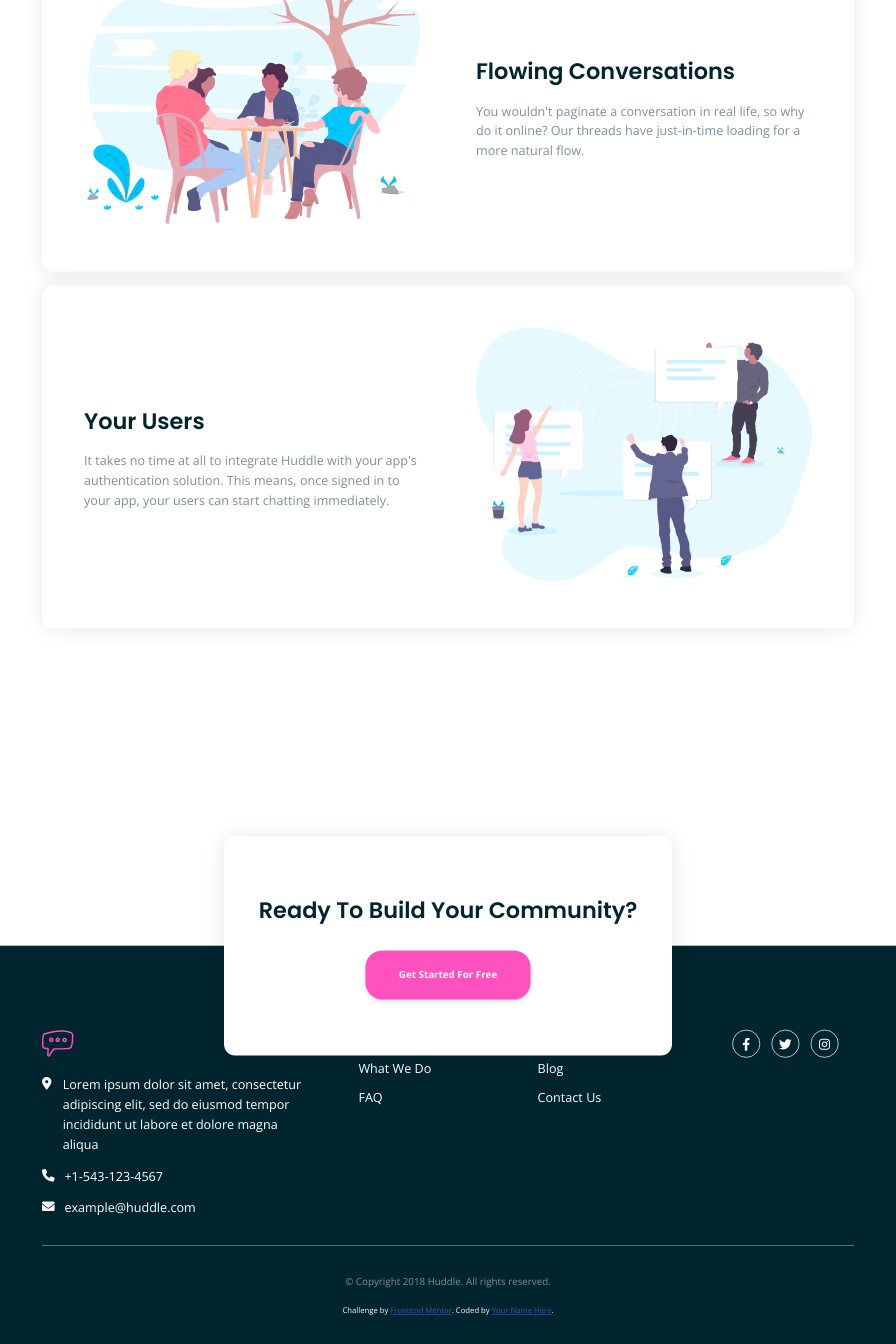
Repository: blordeus/huddle-landing-page
Page: index.html
The author's editor kept a copy of each file at every save. The page is drawn from the files as they stood at one save, then again after the next save.
The browser window is 1280 px wide. The pictures show the part of the page from y = 1430 to 3350 px (the page is 3350 px tall before and 3342 px after), at 70% of full size.

Above is the page before, as saved 2025-07-01 11:15:12.

### index.html
<!DOCTYPE html>
<html lang="en">
<head>
  <meta charset="UTF-8">
  <meta name="viewport" content="width=device-width, initial-scale=1.0">
  <link rel="icon" type="image/png" sizes="32x32" href="./images/favicon-32x32.png">
  <title>Frontend Mentor | Huddle landing page with alternating feature blocks</title>

  <!-- Google Fonts -->
  <link rel="preconnect" href="https://fonts.googleapis.com">
  <link rel="preconnect" href="https://fonts.gstatic.com" crossorigin>
  <link href="https://fonts.googleapis.com/css2?family=Poppins:wght@600&family=Open+Sans:wght@400;700&display=swap" rel="stylesheet">
  <link rel="stylesheet" type="text/css" href="styles.css" />

  <!-- Font Awesome for social icons -->
  <link rel="stylesheet" href="https://cdnjs.cloudflare.com/ajax/libs/font-awesome/6.0.0/css/all.min.css">
</head>

<body>
  <!-- Header -->
  <header class="header">
    <div class="container">
      <div class="header-content">
        <img src="./images/logo.svg" alt="Logo">
        <a href="#" class="btn btn-outline">Try It Free</a>
      </div>
    </div>
  </header>

  <!-- Hero Section -->
  <section class="hero">
    <div class="container">
      <div class="hero-content">
        <div class="hero-text">
          <h1>Build The Community Your Fans Will Love</h1>
          <p>Huddle re-imagines the way we build communities. You have a voice, but so does your audience. Create connections with your users as you engage in genuine discussion.</p>
          <a href="#" class="btn">Get Started For Free</a>
        </div>
        <div class="hero-image">
          <img src="./images/illustration-mockups.svg" alt="Desktop and mobile chat interface showing community conversations">
        </div>
      </div>
    </div>
  </section>

  <!-- Features Section -->
  <section class="features">
    <div class="container">
      <div class="feature">
        <div class="feature-content">
          <h2>Grow Together</h2>
          <p>Generate meaningful discussions with your audience and build a strong, loyal community. Think of the insightful conversations you miss out on with a feedback form.</p>
        </div>
        <div class="feature-image">
          <img src="./images/illustration-grow-together.svg" alt="Illustration of people having meaningful conversations and building community">
        </div>
      </div>

      <div class="feature">
        <div class="feature-content">
          <h2>Flowing Conversations</h2>
          <p>You wouldn't paginate a conversation in real life, so why do it online? Our threads have just-in-time loading for a more natural flow.</p>
        </div>
        <div class="feature-image">
          <img src="./images/illustration-flowing-conversation.svg" alt="Illustration of natural flowing conversation interface with seamless chat threads">
        </div>
      </div>

      <div class="feature">
        <div class="feature-content">
          <h2>Your Users</h2>
          <p>It takes no time at all to integrate Huddle with your app's authentication solution. This means, once signed in to your app, your users can start chatting immediately.</p>
        </div>
        <div class="feature-image">
          <img src="./images/illustration-your-users.svg" alt="Illustration showing easy user authentication and immediate chat access">
        </div>
      </div>
    </div>
  </section>

  <!-- Call to Action -->
  <section class="cta">
    <div class="container">
      <h2>Ready To Build Your Community?</h2>
      <a href="#" class="btn">Get Started For Free</a>
    </div>
  </section>

  <!-- Footer -->
  <footer class="footer">
    <div class="container">
      <div class="footer-content">
        <div class="footer-info">
          <a href="#" class="footer-logo">
            <img src="./images/logo.svg" alt="">
          </a>
          <div class="contact-info">
            <div class="contact-item">
              <i class="fas fa-map-marker-alt"></i>
              <p>Lorem ipsum dolor sit amet, consectetur adipiscing elit, sed do eiusmod tempor incididunt ut labore et dolore magna aliqua</p>
            </div>
            <div class="contact-item">
              <i class="fas fa-phone"></i>
              <p>+1-543-123-4567</p>
            </div>
            <div class="contact-item">
              <i class="fas fa-envelope"></i>
              <p>example@huddle.com</p>
            </div>
          </div>
        </div>

        <div class="footer-links">
          <a href="#">About Us</a>
          <a href="#">What We Do</a>
          <a href="#">FAQ</a>
        </div>

        <div class="footer-links">
          <a href="#">Career</a>
          <a href="#">Blog</a>
          <a href="#">Contact Us</a>
        </div>

        <div class="social-icons">
          <a href="#" class="social-icon" aria-label="Facebook">
            <i class="fab fa-facebook-f"></i>
          </a>
          <a href="#" class="social-icon" aria-label="Twitter">
            <i class="fab fa-twitter"></i>
          </a>
          <a href="#" class="social-icon" aria-label="Instagram">
            <i class="fab fa-instagram"></i>
          </a>
        </div>
      </div>

      <div class="copyright">
        <p>&copy; Copyright 2018 Huddle. All rights reserved.</p>
      </div>
    </div>

    <p class="attribution">
      Challenge by <a href="https://www.frontendmentor.io?ref=challenge" target="_blank">Frontend Mentor</a>.
      Coded by <a href="#">Your Name Here</a>.
    </p>
  </footer>
</body>
</html>

### styles.css
    * {
      margin: 0;
      padding: 0;
      box-sizing: border-box;
    }

    body {
      font-family: 'Open Sans', sans-serif;
      font-size: 18px;
      line-height: 1.6;
      color: hsl(192, 100%, 9%);
    }

    .container {
      max-width: 1200px;
      margin: 0 auto;
      padding: 0 20px;
    }

    /* Header */
    .header {
      background: hsl(193, 100%, 96%);
      padding: 24px 0;
    }

    .header-content {
      display: flex;
      justify-content: space-between;
      align-items: center;
    }

    .header-content img {
      height: 40px;
    }

    .btn {
      background: hsl(322, 100%, 66%);
      color: white;
      border: none;
      padding: 12px 48px;
      border-radius: 24px;
      font-family: 'Open Sans', sans-serif;
      font-weight: 700;
      font-size: 14px;
      cursor: pointer;
      text-decoration: none;
      display: inline-block;
      transition: opacity 0.3s ease;
      box-shadow: 0 4px 8px rgba(0, 0, 0, 0.1);
    }

    .btn:hover {
      opacity: 0.8;
    }

    .btn-outline {
      background: white;
      box-shadow: 0 4px 8px rgba(0, 0, 0, 0.1);
      color: #00252E;
    }

    .btn-outline:hover {
      color: #808E9A;
    }

    /* Hero Section */
    .hero {
      background: hsl(199, 100%, 96%);
      background-image: url('./images/bg-hero.svg');
      background-size: cover;
      background-position: center;
      padding: 80px 0 120px;
    }

    .hero-content {
      display: grid;
      grid-template-columns: 1fr 1fr;
      gap: 80px;
      align-items: center;
    }

    .hero-text h1 {
      font-family: 'Poppins', sans-serif;
      font-weight: 600;
      font-size: 48px;
      line-height: 1.2;
      margin-bottom: 24px;
      color: hsl(192, 100%, 9%);
    }

    .hero-text p {
      font-size: 18px;
      color: hsl(192, 100%, 9%);
      margin-bottom: 32px;
      line-height: 1.6;
    }

    .hero-image {
      text-align: center;
    }

    .hero-image img {
      max-width: 100%;
      height: auto;
    }

    /* Features Section */
    .features {
      padding: 120px 0;
    }

    .feature {
      display: grid;
      grid-template-columns: 1fr 1fr;
      gap: 80px;
      align-items: center;
      margin-bottom: 20px;
      background: white;
      padding: 60px;
      border-radius: 16px;
      box-shadow: 0 0 30px rgba(0, 0, 0, 0.1);
    }

    .feature:nth-child(even) .feature-content {
      order: 2;
    }

    .feature:nth-child(even) .feature-image {
      order: 1;
    }

    .feature h2 {
      font-family: 'Poppins', sans-serif;
      font-weight: 600;
      font-size: 32px;
      margin-bottom: 16px;
      color: hsl(192, 100%, 9%);
    }

    .feature p {
      color: hsl(208, 11%, 55%);
      line-height: 1.6;
    }

    .feature-image {
      text-align: center;
    }

    .feature-image img {
      max-width: 100%;
      height: auto;
    }

    /* Call to Action */
    .cta {
      text-align: center;
      padding: 80px 0;
      background: white;
      width: 50%;
      margin: 0 auto;
      box-sizing: border-box;
      border-radius: 16px;
      box-shadow: 0 0 30px rgba(0, 0, 0, 0.1);
      position: relative;
      z-index: 2;
      transform: translateY(50%);
    }

    .cta a {
      background: hsl(322, 100%, 66%);
      color: white;
      padding: 24px 48px;
      border-radius: 24px;
      font-family: 'Open Sans', sans-serif;
      font-weight: 700;
      font-size: 14px;
      cursor: pointer;
      text-decoration: none;
      display: inline-block;
      transition: opacity 0.3s ease;
    }

    .cta h2 {
      font-family: 'Poppins', sans-serif;
      font-weight: 600;
      font-size: 32px;
      margin-bottom: 32px;
      color: hsl(192, 100%, 9%);
    }

    /* Footer */
    .footer {
      background: hsl(192, 100%, 9%);
      color: white;
      padding: 120px 0 40px;
    }

    .footer-content {
      display: grid;
      grid-template-columns: 2fr 1fr 1fr 1fr;
      gap: 60px;
      margin-bottom: 40px;
    }

    .footer-logo {
      display: flex;
      align-items: center;
      gap: 8px;
      font-family: 'Poppins', sans-serif;
      font-weight: 600;
      font-size: 24px;
      color: white;
      text-decoration: none;
      margin-bottom: 24px;
    }

    .footer-logo .logo-icon {
      background: white;
      color: hsl(322, 100%, 66%);
    }

    .contact-info {
      display: flex;
      flex-direction: column;
      gap: 16px;
    }

    .contact-item {
      display: flex;
      align-items: flex-start;
      gap: 16px;
    }

    .contact-item i {
      margin-top: 4px;
      width: 16px;
    }

    .footer-links {
      display: flex;
      flex-direction: column;
      gap: 12px;
    }

    .footer-links a {
      color: white;
      text-decoration: none;
      transition: color 0.3s ease;
    }

    .footer-links a:hover {
      color: hsl(322, 100%, 66%);
    }

    .social-icons {
      display: flex;
      gap: 16px;
      justify-content: center;
    }

    .social-icon {
      width: 40px;
      height: 40px;
      border: 1px solid white;
      border-radius: 50%;
      display: flex;
      align-items: center;
      justify-content: center;
      color: white;
      text-decoration: none;
      transition: all 0.3s ease;
    }

    .social-icon:hover {
      color: hsl(322, 100%, 66%);
      border-color: hsl(322, 100%, 66%);
    }

    .copyright {
      text-align: center;
      font-size: 14px;
      color: hsl(208, 11%, 55%);
      padding-top: 40px;
      border-top: 1px solid hsl(208, 11%, 55%);
    }

    .attribution {
      font-size: 11px;
      text-align: center;
      margin-top: 20px;
    }

    .attribution a {
      color: hsl(228, 45%, 44%);
    }

    /* Responsive Design */
    @media (max-width: 768px) {
      .container {
        padding: 0 16px;
      }

      .hero {
        background-image: url('./images/bg-hero.svg');
      }

      .header-content {
        flex-direction: column;
        gap: 20px;
      }

      .hero-content {
        grid-template-columns: 1fr;
        gap: 40px;
        text-align: center;
      }

      .hero-text h1 {
        font-size: 32px;
      }

      .feature {
        grid-template-columns: 1fr;
        gap: 40px;
        padding: 40px 20px;
        text-align: center;
      }

      .feature:nth-child(even) .feature-content,
      .feature:nth-child(even) .feature-image {
        order: unset;
      }

      .footer-content {
        grid-template-columns: 1fr;
        gap: 40px;
        text-align: center;
      }

      .social-icons {
        justify-content: center;
      }

      .cta {
        margin: 0 16px;
        padding: 40px 20px;
      }

      .cta h2 {
        font-size: 24px;
      }
    }

After the next save:
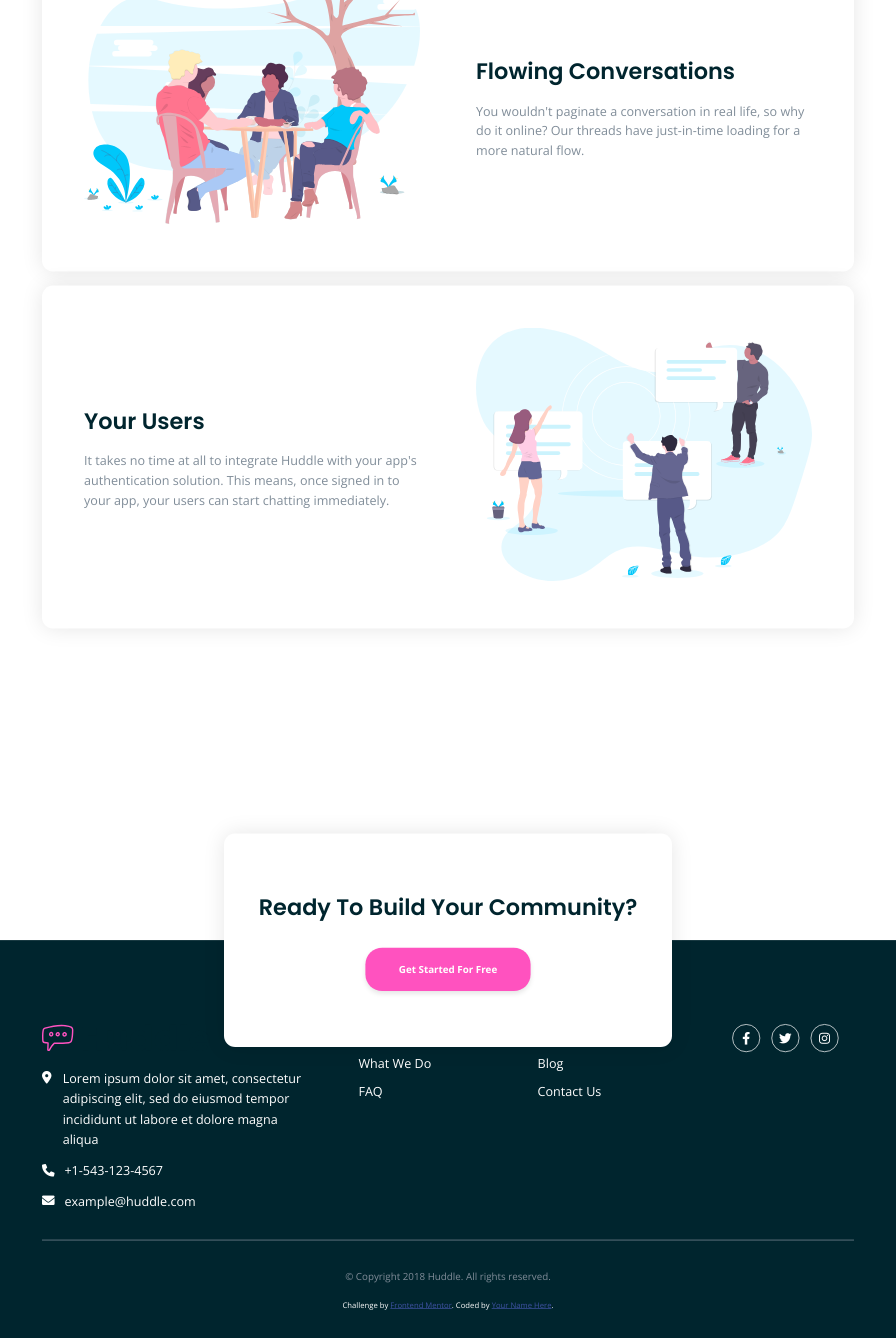
Saved 4 s later.
--- a/styles.css
+++ b/styles.css
@@ -169,7 +169,7 @@
     .cta a {
       background: hsl(322, 100%, 66%);
       color: white;
-      padding: 24px 48px;
+      padding: 20px 48px;
       border-radius: 24px;
       font-family: 'Open Sans', sans-serif;
       font-weight: 700;
